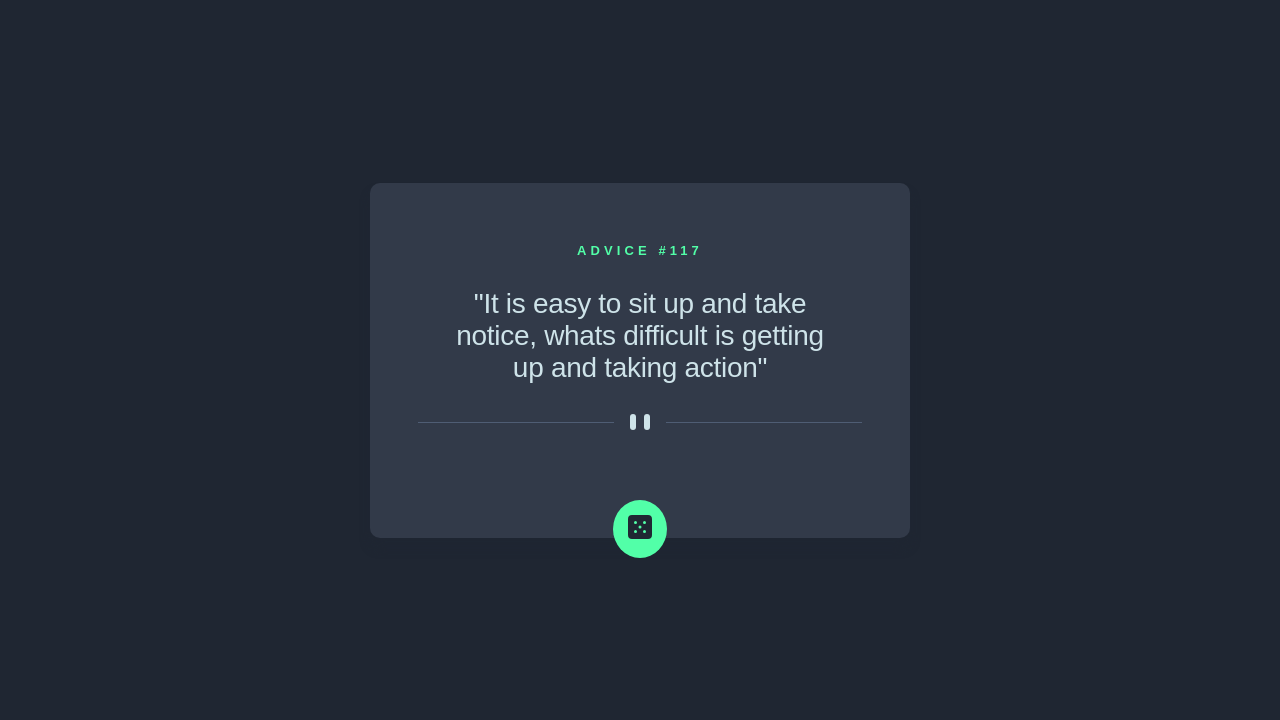
Repository: Arkitecth/advice-generator
Page: index.html
These files come from the project's save history. The page is drawn as it stood at one moment and after the next save; the edit follows.
The browser window is 1280 px wide. The pictures show the whole page.

Above is the page before, as saved 2023-07-12 18:03:29.

### index.html
<!DOCTYPE html>
<html lang="en">
<head>
  <meta charset="UTF-8">
  <meta name="viewport" content="width=device-width, initial-scale=1.0"> <!-- displays site properly based on user's device -->

  <link rel="icon" type="image/png" sizes="32x32" href="./images/favicon-32x32.png">
  <link rel="stylesheet" href="style.css">
  <title>Advice generator app</title>

</head>
<body>
  <div class="container">
    <p class="advice">Advice <span class="advice-num">#117</span></p>
    <p class="advice-text">"It is easy to sit up and take notice, whats difficult is getting up and taking action"</p>
    <img class="pattern-divider" src="images/pattern-divider-desktop.svg" alt="pattern-divider-desktop">
    <div>
      <img class="dice-icon" src="images/icon-dice.svg" alt="dice-icon">
    </div>

  </div>
</body>
</html>

### style.css
:root {
    --dark-blue: hsl(218, 23%, 16%);
    --dark-grayish-blue:hsl(217, 19%, 24%);
    --light-cyan:  hsl(193, 38%, 86%);
    --neon-green:hsl(150, 100%, 66%);
    --grayish-blue:hsl(217, 19%, 38%);
}
* {
    margin: 0;
    padding:0;
    box-sizing: border-box;
    font-family: 'Manrope', sans-serif;
}
@import url('https://fonts.googleapis.com/css2?family=Manrope:wght@800&display=swap');


body {
    background-color: var(--dark-blue);
    display: flex;
    height: 100vh;
    align-items: center;
}

.container {
    margin: 0 auto;
    background-color: var(--dark-grayish-blue);
    max-width: 540px;
    padding: 50px;
    border-radius: 10px;
    box-shadow: 0px 10px 10px var(--dark-blue);
    display: flex;
    flex-direction: column;
    align-items: center;
    align-content: space-around;
    justify-content: space-between;
}

.advice {
    color: var(--neon-green);
    text-transform: uppercase;
    font-weight: 800;
    letter-spacing: 4.086px;
    font-size: 0.8125rem;
    padding: 10px;
}

.advice-text {
    color: var(--light-cyan);
    text-align: center;
    font-size: 28px;
    letter-spacing: -0.3px;
    padding: 20px;
}


.pattern-divider {
    padding-top: 10px;
}


.container div {
    transform: translateY(70px);
    background-color: var(--neon-green);
    border-radius: 50%;
    padding: 15px;

}

After the next save:
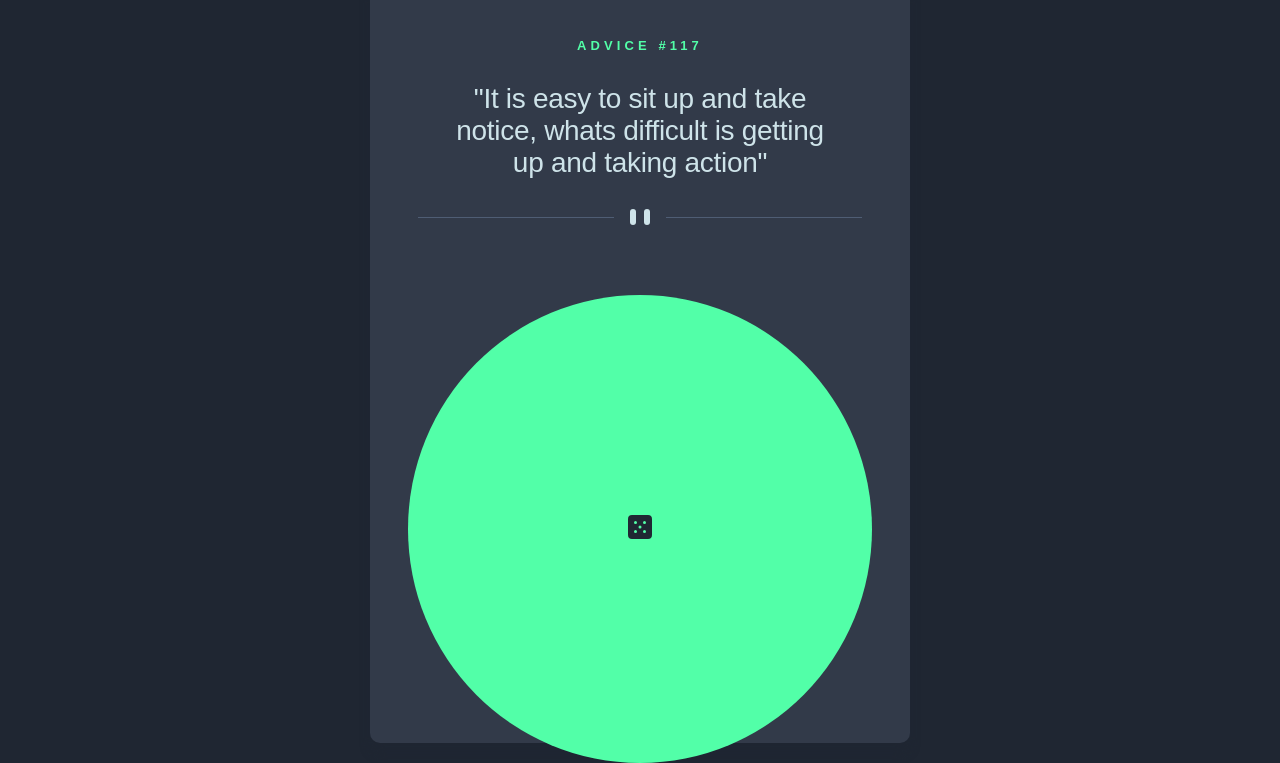
Saved 7 s later.
--- a/style.css
+++ b/style.css
@@ -62,6 +62,6 @@
     transform: translateY(70px);
     background-color: var(--neon-green);
     border-radius: 50%;
-    padding: 15px;
+    padding: 50%;
 
 }

After the save that followed:
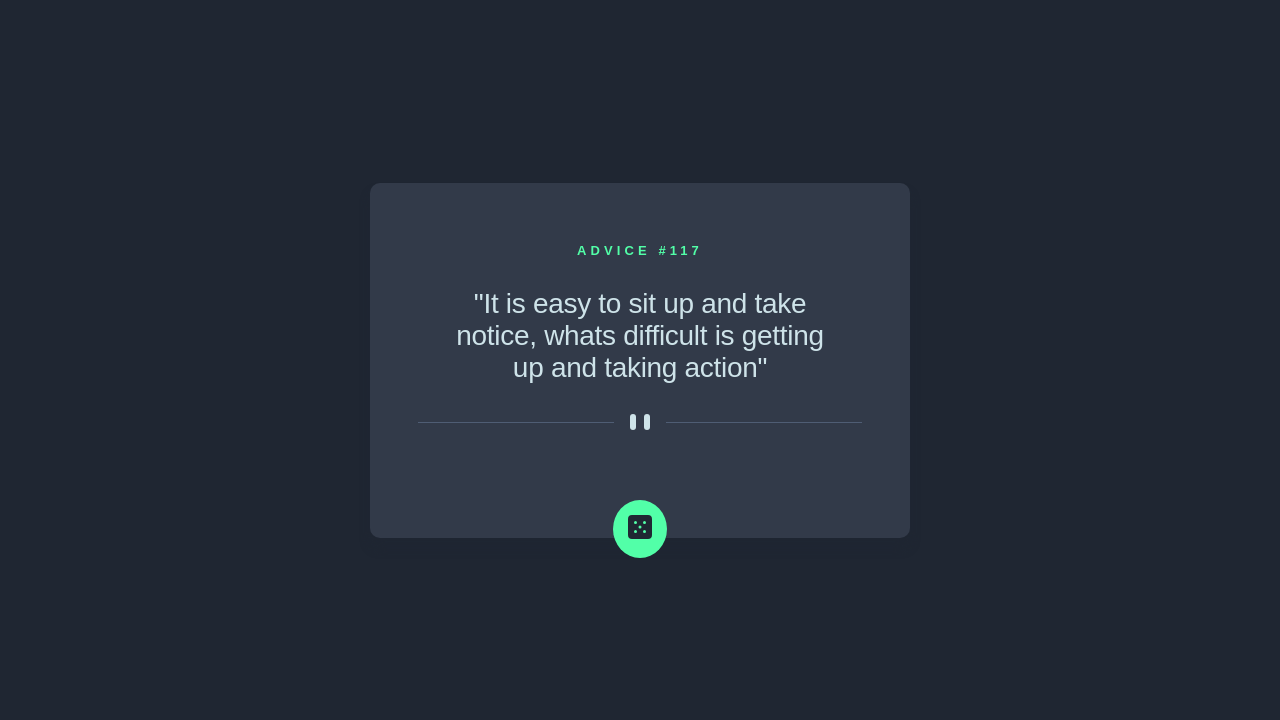
Saved 14 s later.
--- a/style.css
+++ b/style.css
@@ -62,6 +62,6 @@
     transform: translateY(70px);
     background-color: var(--neon-green);
     border-radius: 50%;
-    padding: 50%;
+    padding: 15px;
 
 }
